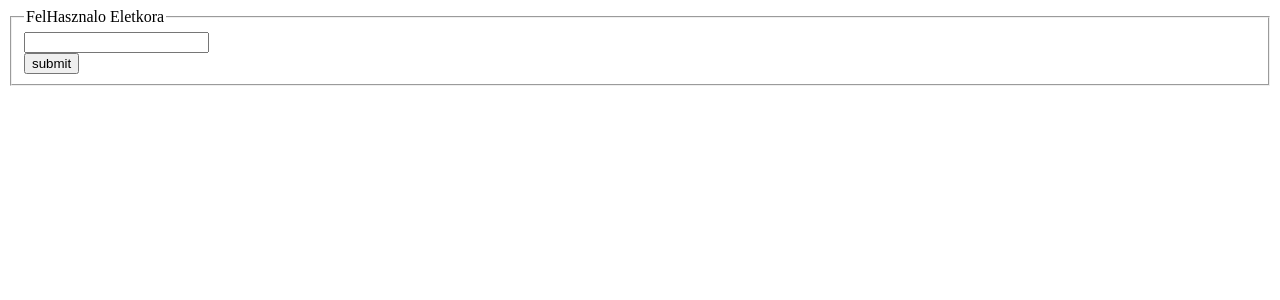
Repository: Gyepike/JSP
Page: http://localhost/JSPDemo/Felhasznalo.jsp
These files come from the project's save history. The page is drawn as it stood at one moment and after the next save; the edit follows.
The browser window is 1280 px wide. The pictures show the whole page.
The page is served by Tomcat 9.

Above is the page before, as saved 2020-10-29 10:22:45.

After the next save:
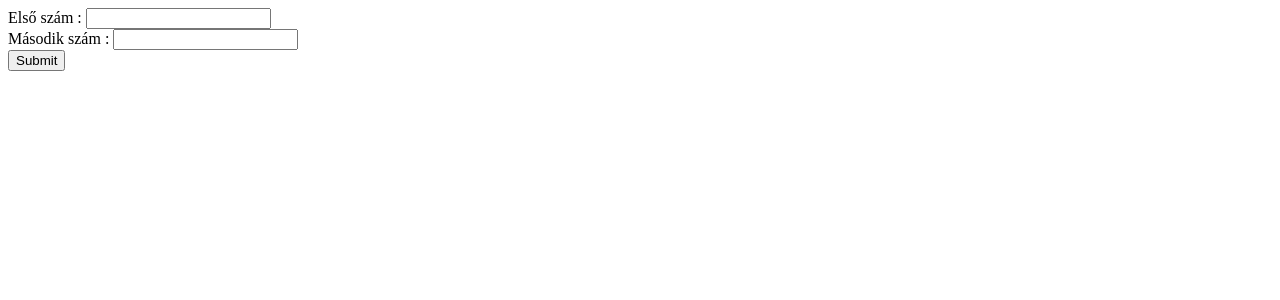
Saved 85 s later.
--- a/JSPDemo/WebContent/Felhasznalo.jsp
+++ b/JSPDemo/WebContent/Felhasznalo.jsp
@@ -7,13 +7,15 @@
 <title>Insert title here</title>
 </head>
 <body>
-     <form action="Masodik.jsp" method="post">
-            <fieldset>
-                <legend>FelHasznalo Eletkora</legend>
-                <input type="text" name="Ev" /> <br/>
-                <input type="submit" value="submit">
-            </fieldset>
-        </form>
+
+      <form action="StudentServlet" method="GET">
+       Első szám : <input type="text" name="firstNumber">
+       <br/>
+       Második szám : <input type="text" name="secondNumber">
+       <br/>
+
+       <input type="submit" value="Submit">
+     </form>
                <%
         String ev =request.getParameter("vissza");
                 		%>
